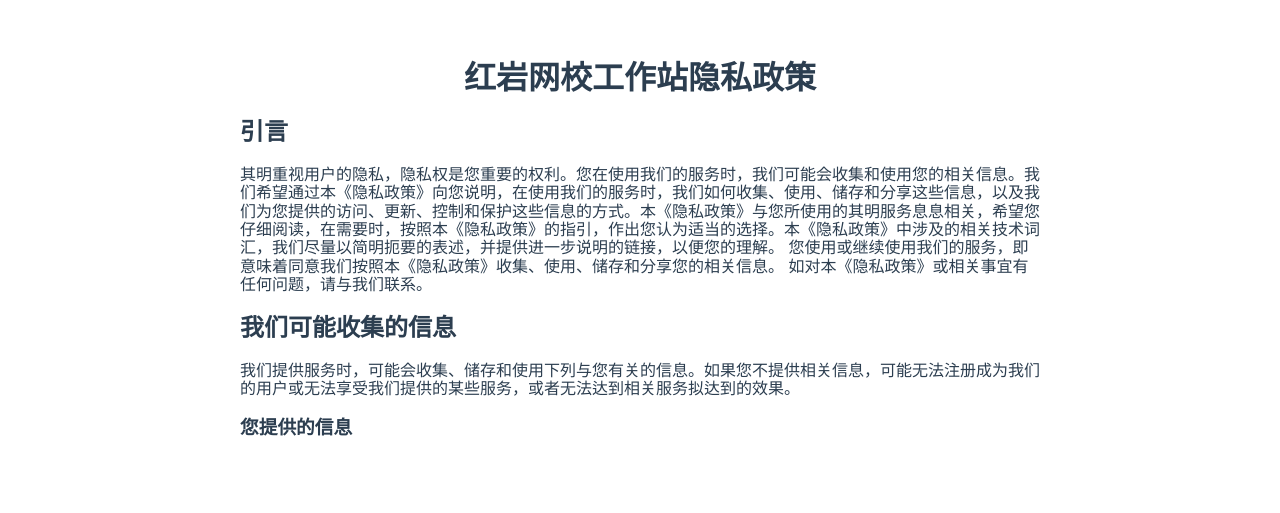
Repository: zl-mdc/privacy-policy
Page: /
An editor plug-in stored every save of this project. The page is shown before and after a run of saves, followed by the edit.
The browser window is 1280 px wide. The pictures show the whole page.
The project was rebuilt for these pictures with package versions that can differ from the ones it lists, and the page was loaded fresh each time.

Above is the page before, as saved 2020-09-17 15:35:04.

After the next 2 saves:
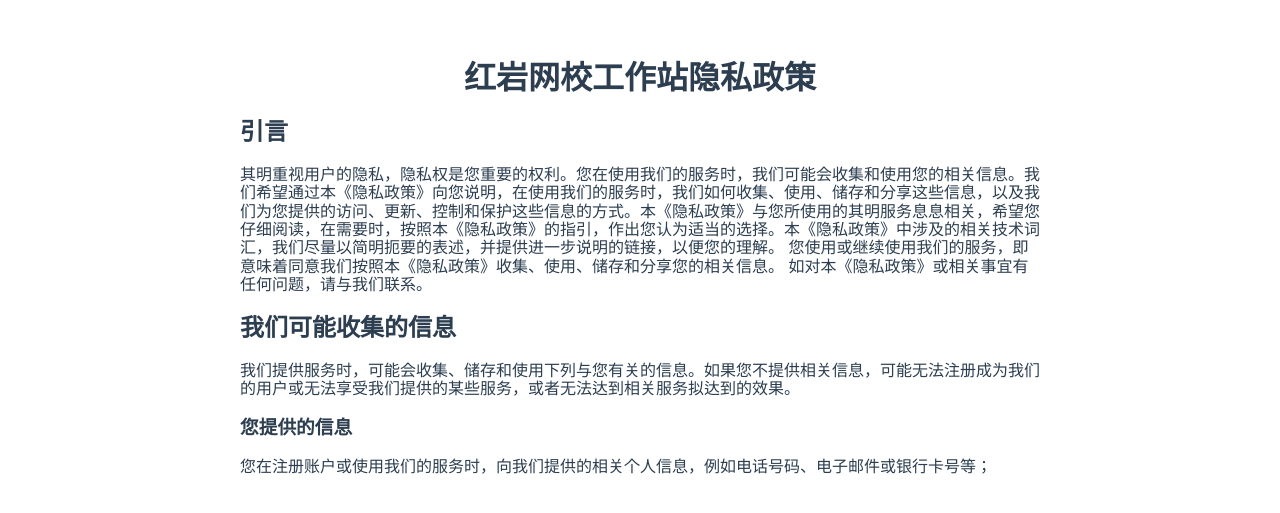
The 2 saves are shown as one change because they came seconds apart.
The last was saved 42 s later.
--- a/src/components/Info.vue
+++ b/src/components/Info.vue
@@ -1,7 +1,7 @@
 <!--
  * @Author: Code_Master
  * @Date: 2020-09-17 15:00:51
- * @LastEditTime: 2020-09-17 15:35:04
+ * @LastEditTime: 2020-09-17 15:35:45
  * @LastEditors: Code_Master
  * @FilePath: /privacy-policy/src/components/Info.vue
  * @Description: The first 90% of the code accounts for the first 90% of the development time. The remaining 10% of the code accounts for the other 90% of the development time.
@@ -16,6 +16,8 @@
           <h2>我们可能收集的信息</h2>
           <p>我们提供服务时，可能会收集、储存和使用下列与您有关的信息。如果您不提供相关信息，可能无法注册成为我们的用户或无法享受我们提供的某些服务，或者无法达到相关服务拟达到的效果。</p>
           <h3>您提供的信息</h3>
+          <p>您在注册账户或使用我们的服务时，向我们提供的相关个人信息，例如电话号码、电子邮件或银行卡号等；</p>
+
     </div>
 </template>
 
